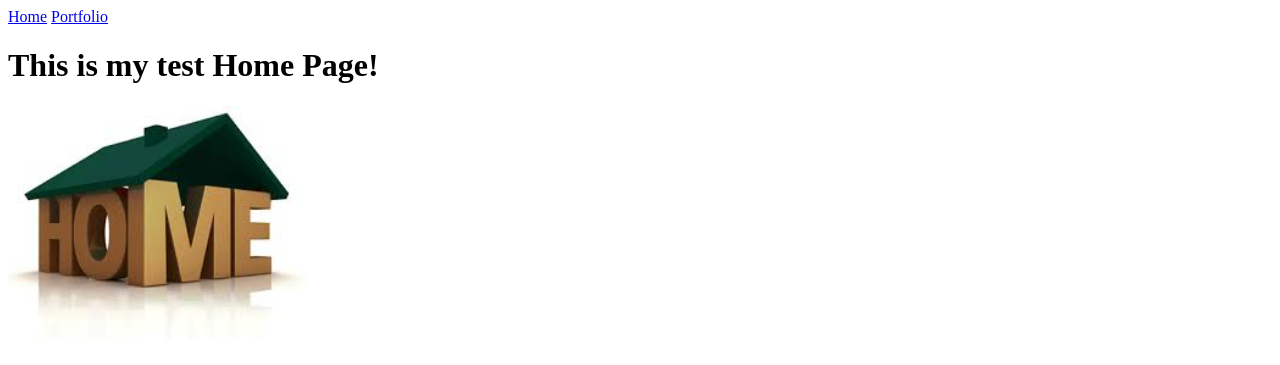
Repository: rsteele2076/rsteele2076.github.io
Page: my_website/index.html
The author's editor kept a record of every edit. The page is drawn from the files as they stood at one moment, then again after the next edit.
The browser window is 1280 px wide. The pictures show the whole page.

Above is the page before.

### my_website/index.html
<!doctype html>
<html lang="en">
  <head>
    <meta charset="utf-8">
    <title>Home</title>
  </head>
  <body>
    <a href="index.html">Home</a>
    <a href="portfolio.html">Portfolio</a>
    <h1>This is my test Home Page!</h1>
    <img src="images/home.jpg" height="250">
  </body>
</html>

After the next edit:
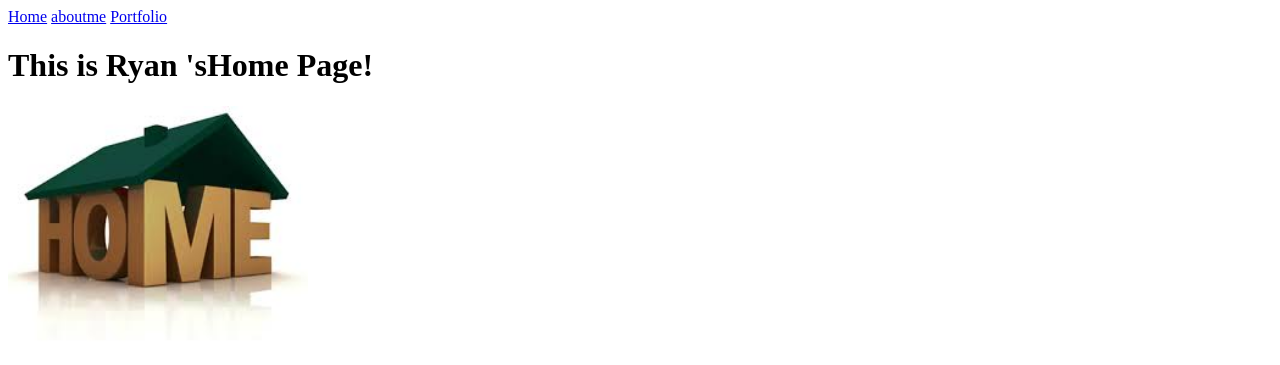
The edit:
--- a/my_website/index.html
+++ b/my_website/index.html
@@ -6,8 +6,9 @@
   </head>
   <body>
     <a href="index.html">Home</a>
+      <a href="aboutme.html">aboutme</a>
     <a href="portfolio.html">Portfolio</a>
-    <h1>This is my test Home Page!</h1>
+    <h1>This is Ryan 'sHome Page!</h1>
     <img src="images/home.jpg" height="250">
   </body>
 </html>
